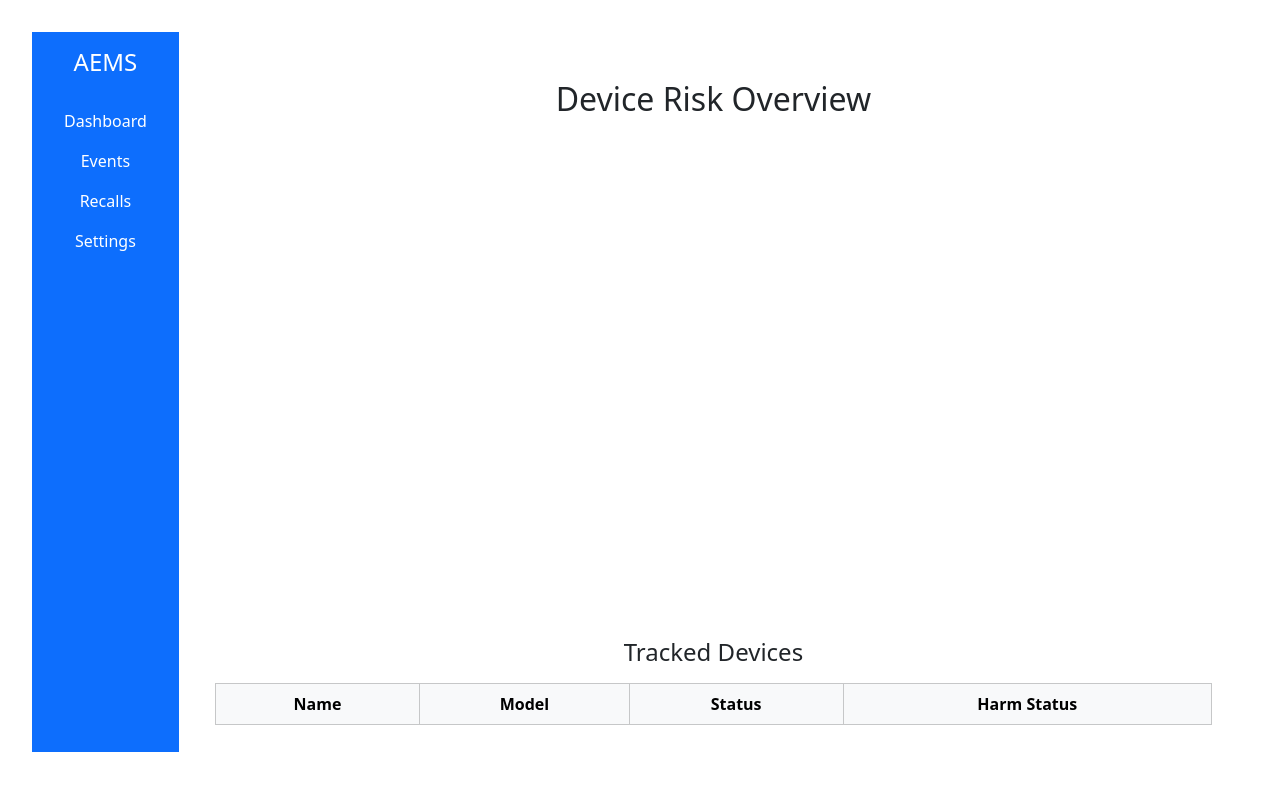
Repository: Sarary2/AEMS_2MVP
Page: / (app in frontend/AEMS/)
An editor plug-in stored every save of this project. The page is shown before and after the next save, followed by the edit.
The browser window is 1280 px wide. The pictures show the whole page.
The page's requests for data from a server got no answer. The project was rebuilt for these pictures with package versions that can differ from the ones it lists, and the page was loaded fresh each time. No one was signed in, and anything a server would have sent is missing. Also part of the build but not shown: frontend/AEMS/vite.config.js, frontend/AEMS/src/components/DeviceRow.jsx, frontend/AEMS/src/pages/Login.jsx, frontend/AEMS/src/pages/Register.jsx. Imported but missing from the stored project, and not drawn on this page: frontend/AEMS/src/pages/Events.

Above is the page before, as saved 2025-05-05 21:33:40.

### frontend/AEMS/src/main.jsx
import React from 'react';
import ReactDOM from 'react-dom/client';
import App from './App.jsx';
import 'bootstrap/dist/css/bootstrap.min.css';

ReactDOM.createRoot(document.getElementById('root')).render(
  <React.StrictMode>
    <App />
  </React.StrictMode>
);

### frontend/AEMS/src/App.jsx
import { BrowserRouter as Router, Routes, Route, useLocation } from 'react-router-dom';
import Sidebar from './components/Sidebar';
import Dashboard from './pages/Dashboard';
import Events from './pages/Events';
import Login from './pages/Login';
import Register from './pages/Register';

function LayoutWithSidebar({ children }) {
  return (
    <div className="d-flex">
      <Sidebar />
      <div className="p-4 flex-grow-1">
        {children}
      </div>
    </div>
  );
}

function AppRoutes() {
  const location = useLocation();
  const hideSidebar = ['/login', '/register'].includes(location.pathname);

  return (
    hideSidebar ? (
      <Routes>
        <Route path="/login" element={<Login />} />
        <Route path="/register" element={<Register />} />
      </Routes>
    ) : (
      <LayoutWithSidebar>
        <Routes>
          <Route path="/" element={<Dashboard />} />
          <Route path="/events" element={<Events />} />
        </Routes>
      </LayoutWithSidebar>
    )
  );
}

export default function App() {
  return (
    <Router>
      <AppRoutes />
    </Router>
  );
}

### frontend/AEMS/src/components/Sidebar.jsx
import { Link } from 'react-router-dom';

export default function Sidebar() {
  return (
    <div className="bg-primary text-white vh-100 p-3">
      <h4 className="text-white">AEMS</h4>
      <ul className="nav flex-column mt-4">
        <li className="nav-item"><Link className="nav-link text-white" to="/">Dashboard</Link></li>
        <li className="nav-item"><Link className="nav-link text-white" to="/events">Events</Link></li>
        <li className="nav-item"><Link className="nav-link text-white" to="/recalls">Recalls</Link></li>
        <li className="nav-item"><Link className="nav-link text-white" to="/settings">Settings</Link></li>
      </ul>
    </div>
  );
}

### frontend/AEMS/src/pages/Dashboard.jsx
import { useEffect, useState } from 'react';
import StatCard from '../components/StatCard';
import DeviceRow from '../components/DeviceRow';

export default function Dashboard() {
  const [devices, setDevices] = useState([]);

  useEffect(() => {
    fetch('http://localhost:5001/api/devices/all')
      .then(res => res.json())
      .then(data => setDevices(data))
      .catch(err => console.error('Failed to fetch devices', err));
  }, []);

  const getStatusCounts = (key) => ({
    total: devices.length,
    safe: devices.filter(d => d[key] === 'Safe').length,
    warning: devices.filter(d => d[key] === 'Warning').length,
    critical: devices.filter(d => d[key] === 'Critical').length
  });

  const frequency = getStatusCounts('status');
  const harm = getStatusCounts('harmStatus');

  return (
    <div className="container-fluid">
      <h2 className="my-4">Device Risk Overview</h2>

      <div className="row mb-4">
        <StatCard title="Total Devices" count={frequency.total} color="primary" />
        <StatCard title="Safe" count={frequency.safe} color="success" />
        <StatCard title="Warning" count={frequency.warning} color="warning" />
        <StatCard title="Critical" count={frequency.critical} color="danger" />
      </div>

      <div className="row mb-4">
        <StatCard title="Harm Safe" count={harm.safe} color="success" />
        <StatCard title="Harm Warning" count={harm.warning} color="warning" />
        <StatCard title="Harm Critical" count={harm.critical} color="danger" />
      </div>

      <h4>Tracked Devices</h4>
      <table className="table table-bordered mt-3">
        <thead className="table-light">
          <tr>
            <th>Name</th>
            <th>Model</th>
            <th>Status</th>
            <th>Harm Status</th>
          </tr>
        </thead>
        <tbody>
          {devices.map((device, i) => (
            <DeviceRow
              key={i}
              name={device.deviceName}
              model={device.model}
              status={device.status}
              harmStatus={device.harmStatus}
            />
          ))}
        </tbody>
      </table>
    </div>
  );
}

### frontend/AEMS/src/components/StatCard.jsx
export default function StatCard({ label, value, color }) {
    return (
      <div className={`bg-${color}-100 p-4 rounded-xl shadow-md border-l-8 border-${color}-500`}>
        <h4 className="text-gray-600 text-sm">{label}</h4>
        <p className="text-2xl font-bold text-${color}-800">{value}</p>
      </div>
    );
  }

Loaded but not shown: frontend/AEMS/index.html (common file); frontend/AEMS/src/App.css (common file)

After the next save:
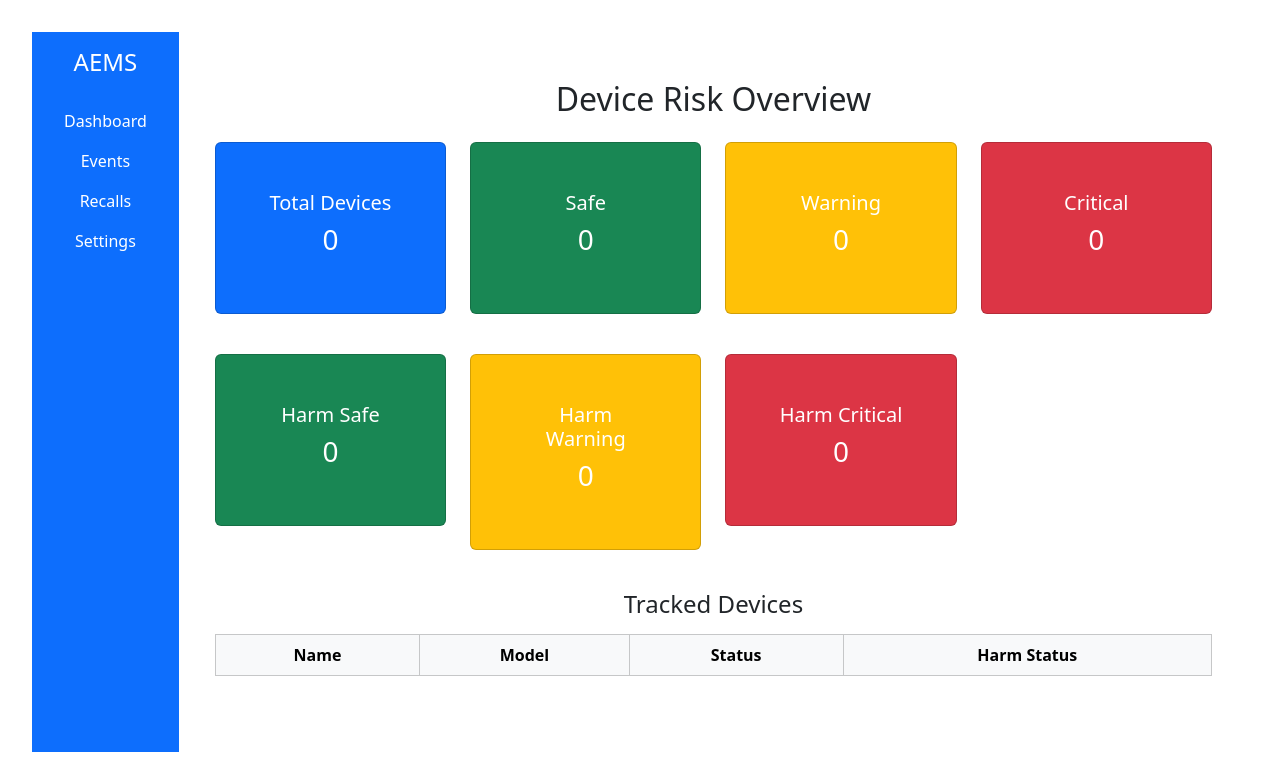
Saved 20 s later.
--- a/frontend/AEMS/src/components/StatCard.jsx
+++ b/frontend/AEMS/src/components/StatCard.jsx
@@ -1,8 +1,12 @@
-export default function StatCard({ label, value, color }) {
-    return (
-      <div className={`bg-${color}-100 p-4 rounded-xl shadow-md border-l-8 border-${color}-500`}>
-        <h4 className="text-gray-600 text-sm">{label}</h4>
-        <p className="text-2xl font-bold text-${color}-800">{value}</p>
+export default function StatCard({ title, count, color }) {
+  return (
+    <div className="col-md-3 mb-3">
+      <div className={`card text-white bg-${color}`}>
+        <div className="card-body">
+          <h5 className="card-title">{title}</h5>
+          <h3>{count}</h3>
+        </div>
       </div>
-    );
-  }
+    </div>
+  );
+}
